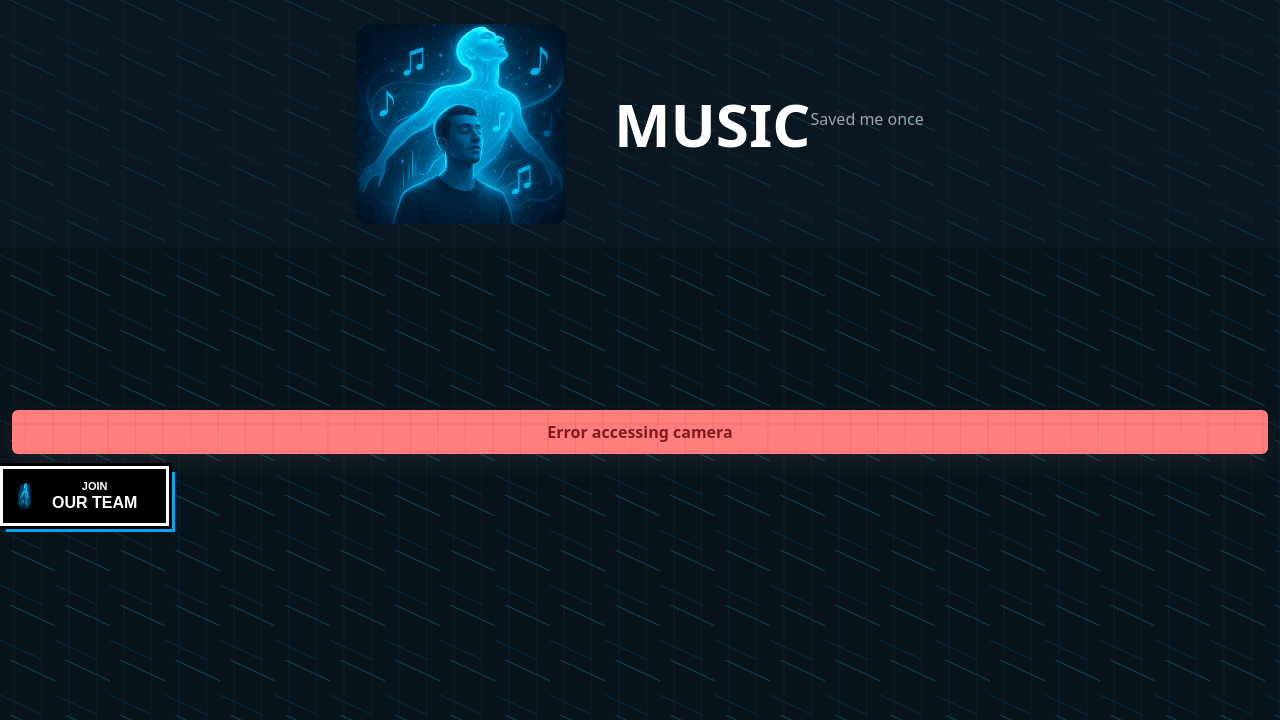
Repository: ItsMe-Pal/something
Page: index.html
An editor plug-in stored every save of this project. The page is shown before and after a run of saves, followed by the edit.
The browser window is 1280 px wide. The pictures show the whole page.
The style sheet was rebuilt from its Sass, Less or Tailwind sources for each picture, by a compiler version that may differ from the author's.

Above is the page before, as saved 2025-06-22 20:45:42.

### index.html
<!DOCTYPE html>
<html lang="en">
<head>
    <meta charset="UTF-8">
    <meta name="viewport" content="width=device-width, initial-scale=1.0">
    <title></title>

    <link rel="stylesheet" href="/manifest.json">

    <script src="https://cdn.jsdelivr.net/npm/@tailwindcss/browser@4"></script>
    <script src="https://code.jquery.com/jquery-3.7.1.js" integrity="sha256-eKhayi8LEQwp4NKxN+CfCh+3qOVUtJn3QNZ0TciWLP4=" crossorigin="anonymous"></script>
    <script src="https://cdn.jsdelivr.net/npm/@tensorflow/tfjs@latest"> </script>


    <link rel="stylesheet" href="/styles/main.css">


</head>
<body>
    <div id="bg">

        <div class="relative flex gap-[2%] flex-wrap content-start">
            <div class="w-full h-[5%]">


                    <header style="background-color: #0f1e2973;">
                        <nav class="flex-wrap mx-auto flex max-w-7xl items-center justify-center gap-12 p-6 lg:px-8" aria-label="Global">
                        <div>

                            <img class="h-50 w-auto rounded-xl" src="/imgs/icons/icon-512x512.png" alt="" />
                            </div>



                        <div class="flex">
                            <span class="word1">MUSIC</span>
                            <p class="word2">Saved me once</p>
                        </div>
                        </nav>

                    </header>
            </div>
            <div class="m-3 mb-100 grow h-3/4 video-main">
                <video id="video" autoplay playsinline></video>

            </div>






            <div class="w-full h-[5%]">
                <button class="brutalist-button">
                    <div class="-logo">
                        <img class="-logo-icon" src="/imgs/icons/icon-512x512.png" alt="">
                    </div>
                    <div class="button-text">
                        <a href="http://">
                            <span>Join</span>
                            <span>Our team</span>
                        </a>
                    </div>
                </button>

            </div>
        </div>

    </div>
    <script type="module" src="/src/main.js"></script>




</body>
</html>

### styles/main.scss
@use "./customs.scss";
@use "./components.scss";


#bg {
    position: relative;
    width: 100%;
    height: 100vh;
    --color: #001f3fe8;
    background-color: rgb(1 6 10);
    background-image: linear-gradient(205deg, transparent 24%, var(--color) 25%, #0e7e87 26%, transparent 27%, transparent 74%, rgba(0, 58, 86, 0.9098039216) 75%, var(--color) 76%, transparent 77%, transparent), linear-gradient(90deg, transparent 24%, var(--color) 25%, rgba(27, 26, 17, 0.9098039216) 26%, transparent 27%, transparent 74%, rgba(19, 18, 19, 0.9098039216) 75%, var(--color) 76%, transparent 77%, transparent);
    background-size: 55px 55px;
  }
#bg:before {
    content: "";
    position: absolute;
    left: 0;
    top: 0;
    width: 100%;
    background-color: #0f1e2980;
    height: 100%;
}
  .word1 {
    font-size: 3.75rem;
    line-height: 1;
    font-weight: 700;
    color: #fff
  }
  .word2 {
    margin-top: 0.75rem;
    margin-bottom: 0.75rem;
    line-height: 1.625;
    color: rgba(156, 163, 175, 1);
  }



.brutalist-button {
    display: flex;
    align-items: center;
    cursor: pointer;
    width: 169px;
    height: 60px;
    background-color: #000;
    color: #fff;
    text-decoration: none;
    font-family: Arial, sans-serif;
    font-weight: bold;
    border: 3px solid #fff;
    outline: 3px solid #000;
    box-shadow: 6px 6px 0 #00a4ef;
    transition: all 0.1s ease-out;
    padding: 0 15px;
    box-sizing: border-box;
    position: relative;
    overflow: hidden;
  }

  .brutalist-button::before {
    content: "";
    position: absolute;
    top: 0;
    left: -100%;
    width: 100%;
    height: 100%;
    background: linear-gradient(
      90deg,
      transparent,
      rgba(255, 255, 255, 0.8),
      transparent
    );
    z-index: 1;
    transition: none;
    /* Initially hide the pseudo-element */
    opacity: 0;
  }

  @keyframes slide {
    0% {
      left: -100%;
    }
    100% {
      left: 100%;
    }
  }

  .brutalist-button:hover::before {
    /* Show the pseudo-element on hover */
    opacity: 1;
    animation: slide 2s infinite;
  }

  .brutalist-button:hover {
    transform: translate(-4px, -4px);
    box-shadow: 10px 10px 0 #000;
    background-color: #000;
    color: #fff;
  }

  @keyframes slide {
    0% {
      left: -100%;
    }
    100% {
      left: 100%;
    }
  }

  .brutalist-button:active {
    transform: translate(4px, 4px);
    box-shadow: 0px 0px 0 #00a4ef;
    background-color: #fff;
    color: #000;
    border-color: #000;
  }

  /* Rest of the CSS remains the same */

  .-logo {
    display: grid;
    grid-template-columns: repeat(2, 1fr);
    gap: 1px;
    width: 26px;
    height: 26px;
    margin-right: 8px;
    flex-shrink: 0;
    transition: transform 0.2s ease-out;
    position: relative;
    z-index: 1;
  }

  .brutalist-button:hover .-logo {
    transform: rotate(-10deg) scale(1.1);
  }

  .brutalist-button:active .-logo {
    transform: rotate(10deg) scale(0.9);
  }

  .-logo-icon {
    border-radius: 30%;
    width: 100%;
    height: 100%;
  }


  .button-text {
    display: flex;
    flex-direction: column;
    line-height: 1.2;
    transition: transform 0.2s ease-out;
    position: relative;
    z-index: 1;
  }

  .brutalist-button:hover .button-text {
    transform: skew(-5deg);
  }

  .brutalist-button:active .button-text {
    transform: skew(5deg);
  }

  .button-text span:first-child {
    font-size: 11px;
    text-transform: uppercase;
    display: block;
  }

  .button-text span:last-child {
    font-size: 16px;
    text-transform: uppercase;
  }

### styles/components.scss
/* From Uiverse.io by xerith_8140 */
/* Notification container */

.notification-container {
    /* Position top left */

    /* position: fixed;
        top: 2%;
        left: 2%;
        z-index: 1000;
        max-width: 80%; */

    --content-color: black;
    --background-color: #f3f3f3;
    --font-size-content: 0.75em;
    --icon-size: 1em;

    max-width: 80%;
    display: flex;
    flex-direction: column;
    gap: 0.5em;
    list-style-type: none;
    font-family: sans-serif;
    color: var(--content-color);
  }

  /* Notification Item */

  .notification-item {

    position: relative;
    display: flex;
    justify-content: center;
    align-items: center;
    flex-direction: row;
    gap: 1em;
    overflow: hidden;
    padding: 10px 15px;
    border-radius: 6px;
    box-shadow: rgba(111, 111, 111, 0.2) 0px 8px 24px;
    background-color: var(--background-color);
    transition: all 250ms ease;

    /* Background Pattern */

    --grid-color: rgba(225, 225, 225, 0.7);
    background-image: linear-gradient(
        0deg,
        transparent 23%,
        var(--grid-color) 24%,
        var(--grid-color) 25%,
        transparent 26%,
        transparent 73%,
        var(--grid-color) 74%,
        var(--grid-color) 75%,
        transparent 76%,
        transparent
      ),
      linear-gradient(
        90deg,
        transparent 23%,
        var(--grid-color) 24%,
        var(--grid-color) 25%,
        transparent 26%,
        transparent 73%,
        var(--grid-color) 74%,
        var(--grid-color) 75%,
        transparent 76%,
        transparent
      );
    background-size: 55px 55px;
  }

  .notification-item svg {
    transition: 250ms ease;
  }

  .notification-item:hover {
    transform: scale(1.01);
  }

  .notification-item:active {
    transform: scale(1.05);
  }

  .notification-item .notification-close:hover {
    background-color: rgba(204, 204, 204, 0.45);
  }

  .notification-item .notification-close:hover svg {
    color: rgb(0, 0, 0);
  }

  .notification-item .notification-close:active svg {
    transform: scale(1.1);
  }

  /* Notification Icons */

  .notification-item .notification-close {
    padding: 2px;
    border-radius: 5px;
    transition: all 250ms;
  }

  .notification-container svg {
    width: var(--icon-size);
    height: var(--icon-size);
    color: var(--content-color);
  }

  .notification-icon {
    display: flex;
    align-items: center;
  }

  /* Success */

  .success {
    color: #047857;
    background-color: #7dffbc;
    --grid-color: rgba(16, 185, 129, 0.25);
    background-image: linear-gradient(
        0deg,
        transparent 23%,
        var(--grid-color) 24%,
        var(--grid-color) 25%,
        transparent 26%,
        transparent 73%,
        var(--grid-color) 74%,
        var(--grid-color) 75%,
        transparent 76%,
        transparent
      ),
      linear-gradient(
        90deg,
        transparent 23%,
        var(--grid-color) 24%,
        var(--grid-color) 25%,
        transparent 26%,
        transparent 73%,
        var(--grid-color) 74%,
        var(--grid-color) 75%,
        transparent 76%,
        transparent
      );
  }

  .success svg {
    color: #047857;
  }

  .success .notification-progress-bar {
    background-color: #047857;
  }

  .success:hover {
    background-color: #5bffaa;
  }

  /* Info */

  .info {
    color: #1e3a8a;
    background-color: #7eb8ff;
    --grid-color: rgba(59, 131, 246, 0.25);
    background-image: linear-gradient(
        0deg,
        transparent 23%,
        var(--grid-color) 24%,
        var(--grid-color) 25%,
        transparent 26%,
        transparent 73%,
        var(--grid-color) 74%,
        var(--grid-color) 75%,
        transparent 76%,
        transparent
      ),
      linear-gradient(
        90deg,
        transparent 23%,
        var(--grid-color) 24%,
        var(--grid-color) 25%,
        transparent 26%,
        transparent 73%,
        var(--grid-color) 74%,
        var(--grid-color) 75%,
        transparent 76%,
        transparent
      );
  }

  .info svg {
    color: #1e3a8a;
  }

  .info .notification-progress-bar {
    background-color: #1e3a8a;
  }

  .info:hover {
    background-color: #5ba5ff;
  }

  /* Warning */

  .warning {
    color: #78350f;
    background-color: #ffe57e;
    --grid-color: rgba(245, 159, 11, 0.25);
    background-image: linear-gradient(
        0deg,
        transparent 23%,
        var(--grid-color) 24%,
        var(--grid-color) 25%,
        transparent 26%,
        transparent 73%,
        var(--grid-color) 74%,
        var(--grid-color) 75%,
        transparent 76%,
        transparent
      ),
      linear-gradient(
        90deg,
        transparent 23%,
        var(--grid-color) 24%,
        var(--grid-color) 25%,
        transparent 26%,
        transparent 73%,
        var(--grid-color) 74%,
        var(--grid-color) 75%,
        transparent 76%,
        transparent
      );
  }

  .warning svg {
    color: #78350f;
  }

  .warning .notification-progress-bar {
    background-color: #78350f;
  }

  .warning:hover {
    background-color: #ffde59;
  }

  /* Error */

  .error {
    color: #7f1d1d;
    background-color: #ff7e7e;
    --grid-color: rgba(239, 68, 68, 0.25);
    background-image: linear-gradient(
        0deg,
        transparent 23%,
        var(--grid-color) 24%,
        var(--grid-color) 25%,
        transparent 26%,
        transparent 73%,
        var(--grid-color) 74%,
        var(--grid-color) 75%,
        transparent 76%,
        transparent
      ),
      linear-gradient(
        90deg,
        transparent 23%,
        var(--grid-color) 24%,
        var(--grid-color) 25%,
        transparent 26%,
        transparent 73%,
        var(--grid-color) 74%,
        var(--grid-color) 75%,
        transparent 76%,
        transparent
      );
  }

  .error svg {
    color: #7f1d1d;
  }

  .error .notification-progress-bar {
    background-color: #7f1d1d;
  }

  .error:hover {
    background-color: #ff5f5f;
  }

  /* Notification content */

  .notification-content {
    font-weight: bold;

    display: flex;
    justify-content: flex-start;
    align-items: center;
    gap: 0.5em;
  }

  .notification-text {
    font-size: var(--font-size-content);
    user-select: none;
  }

  .notification-close {
    cursor: pointer;
  }

  /* Notification progress bar */

  .notification-progress-bar {
    position: absolute;
    bottom: 0;
    left: 0;
    height: 1px;
    background: var(--content-color);
    width: 100%;
    transform: translateX(100%);

    /* Remove the infinite property for your website */

    animation: progressBar 5s linear forwards infinite;
  }

  /* progressBar Animation */

  @keyframes progressBar {
    0% {
      transform: translateX(0);
    }

    100% {
      transform: translateX(-100%);
    }
  }

Loaded but not shown: manifest.json (58 lines, source omitted); src/components.js (94 lines, source omitted); src/main.js (30 lines, source omitted); styles/customs.scss (792 lines, source omitted)

After the next 2 saves:
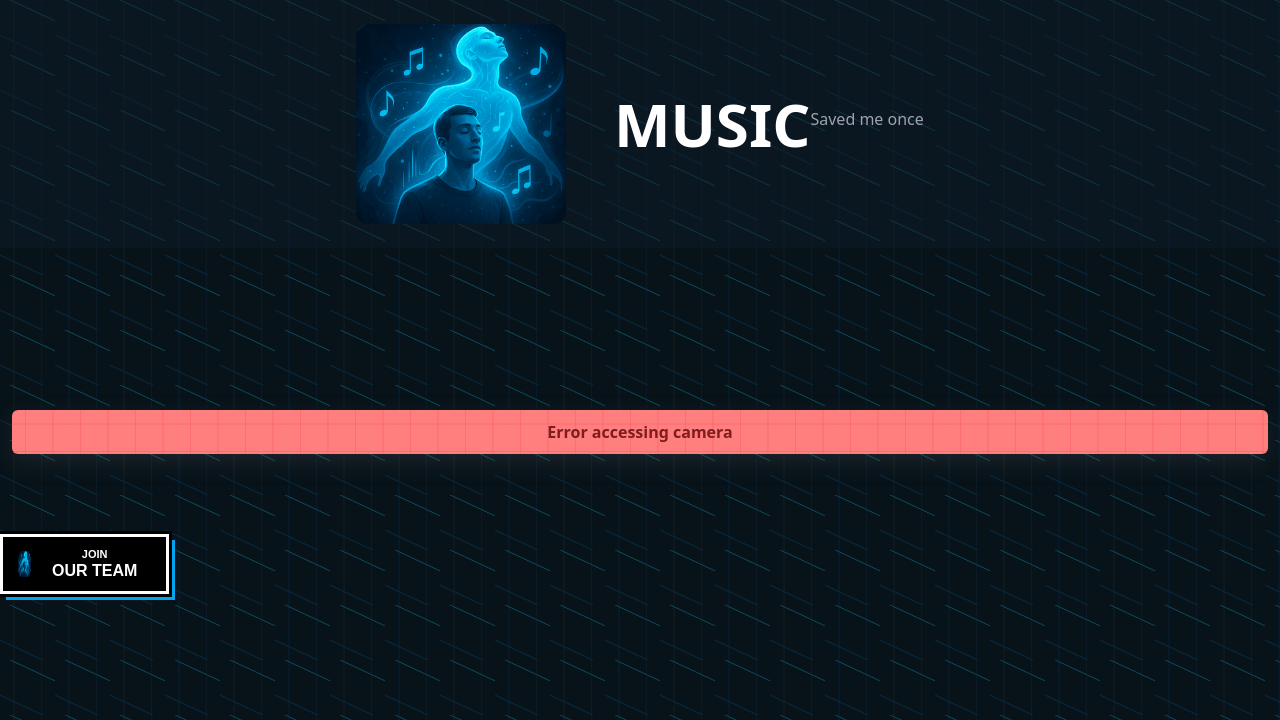
The 2 saves are shown as one change because they came seconds apart.
The last was saved 7 s later.
--- a/index.html
+++ b/index.html
@@ -40,7 +40,7 @@
 
                     </header>
             </div>
-            <div class="m-3 mb-100 grow h-3/4 video-main">
+            <div class="m-3 mb-20 grow h-3/4 video-main">
                 <video id="video" autoplay playsinline></video>
 
             </div>
